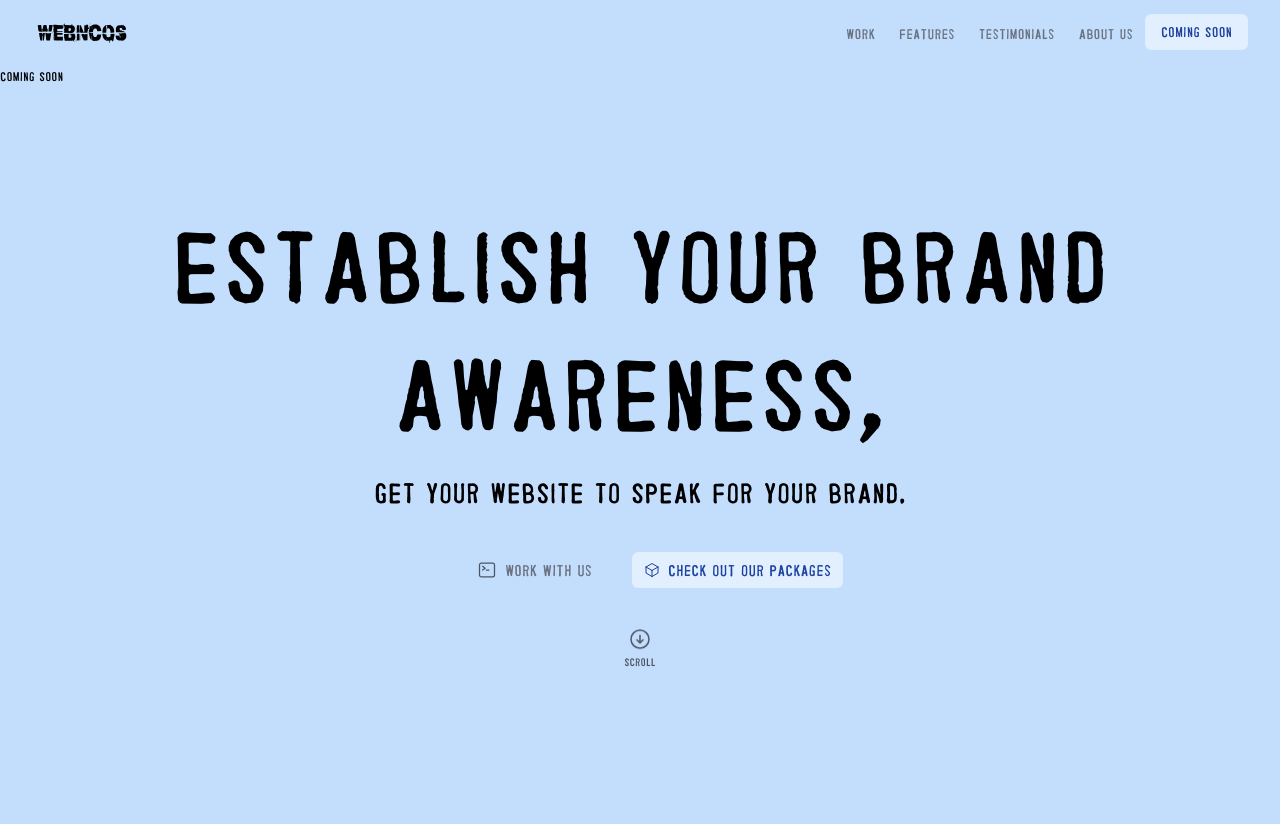
Repository: 1realjulius/webncos
Page: /
The author's editor kept a copy of each file at every save. The page is drawn from the files as they stood at one save, then again after the next save.
The browser window is 1280 px wide. The pictures show the whole page.
The project was rebuilt for these pictures with package versions that can differ from the ones it lists, and the page was loaded fresh each time. The framework's server and built-in components were replaced by stand-ins that run in the browser. Also part of the build but not shown: next.config.js.

Above is the page before, as saved 2022-09-02 19:47:58.

After the next save:
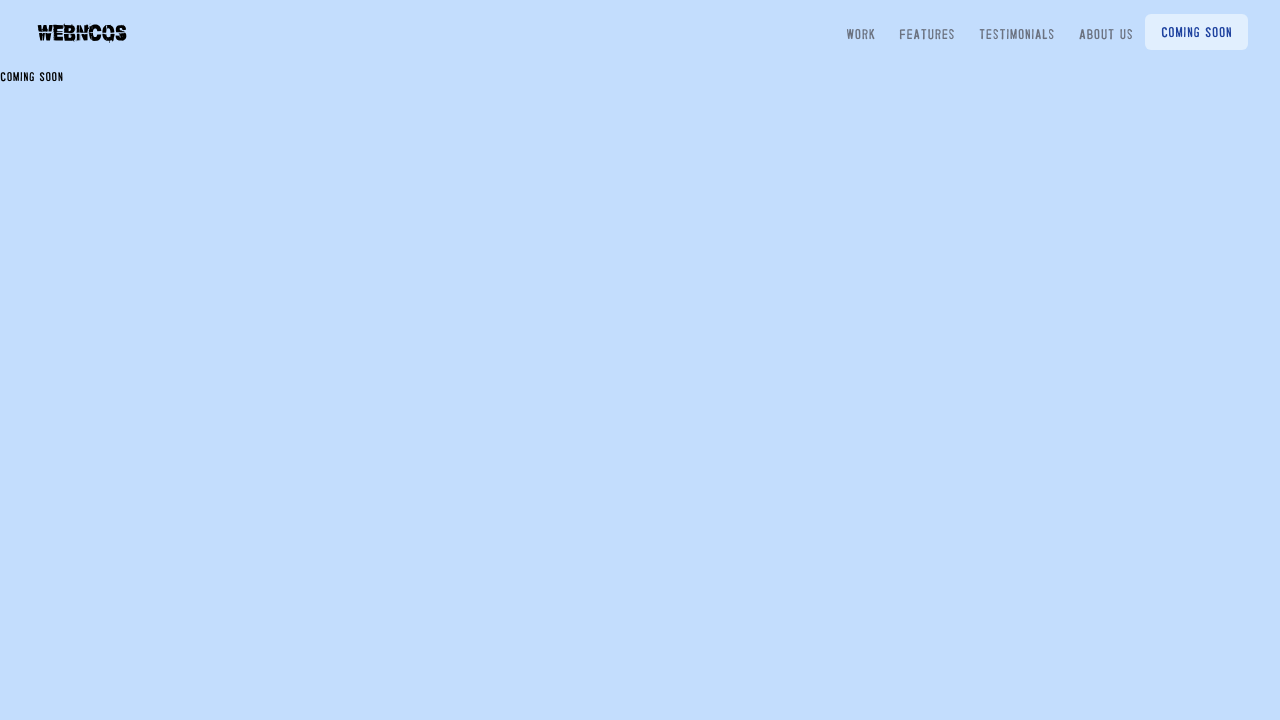
Saved 14 s later.
--- a/components/MainHome.tsx
+++ b/components/MainHome.tsx
@@ -14,7 +14,7 @@ const MainHome = () => {
         </div>
       </div>
       {/* header */}
-      <div className="md:my-2 min-h-screen items-center justify-center flex flex-col font-Parcel">
+      <div className="hidden md:my-2 min-h-screen items-center justify-center flex-col font-Parcel">
         <div className=" flex flex-col items-center justify-center">
           <div className="pt-4 pb-2">
             <h1 className="text-6xl md:text-9xl text-center px-2 font-Parcel">
